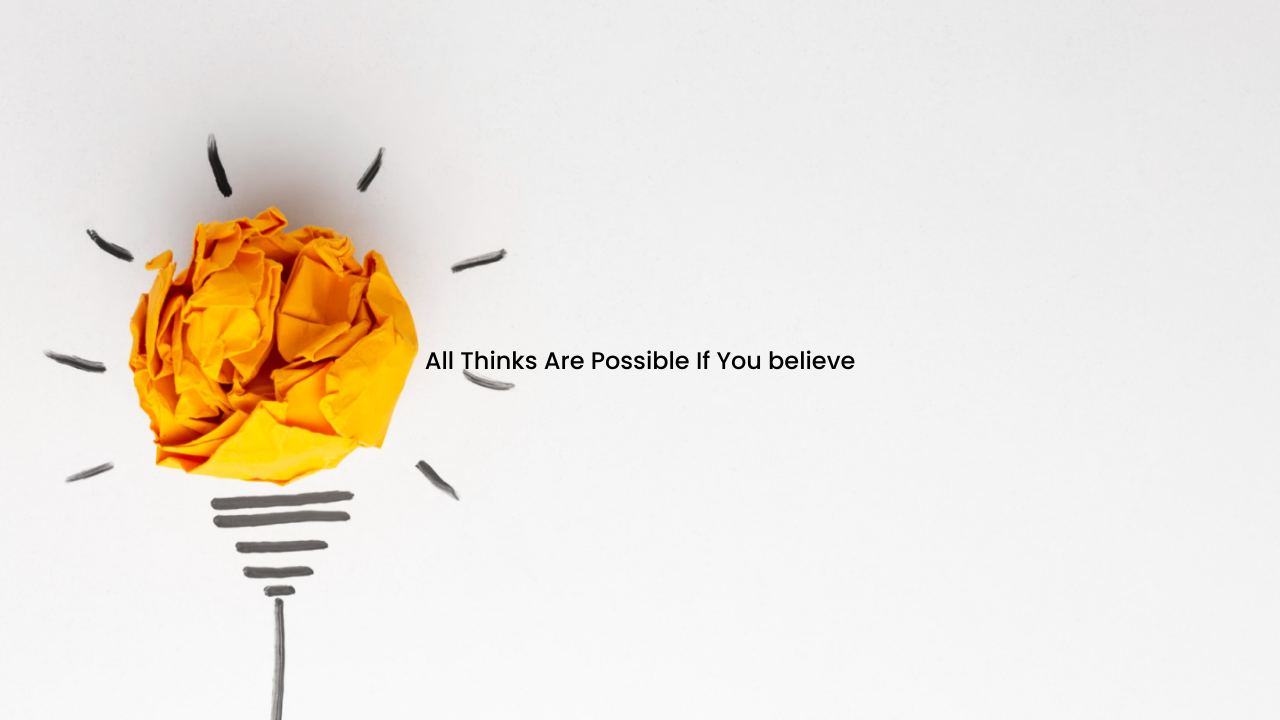
Repository: mdrubel02/new-year-new-mission
Page: index.html
These files come from the project's save history. The page is drawn as it stood at one moment and after the next save; the edit follows.
The browser window is 1280 px wide. The pictures show the whole page.

Above is the page before, as saved 2023-01-06 22:13:07.

After the next save:
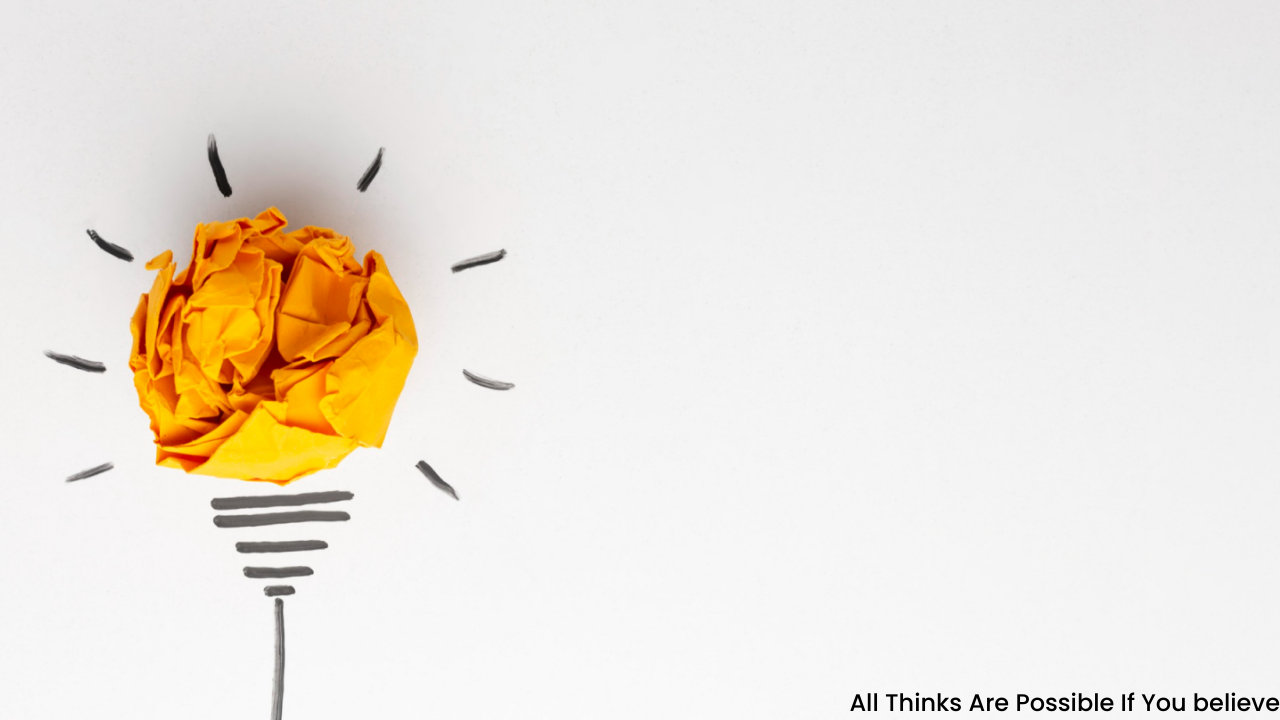
Saved 69 s later.
--- a/index.css
+++ b/index.css
@@ -76,8 +76,8 @@ a:hover {
     z-index: 1;
     display: flex;
     flex-direction: column;
-    justify-content: center;
-    align-items: center;
+    justify-content: end;
+    align-items: flex-end;
     text-align: center;
 }
 .banner{
